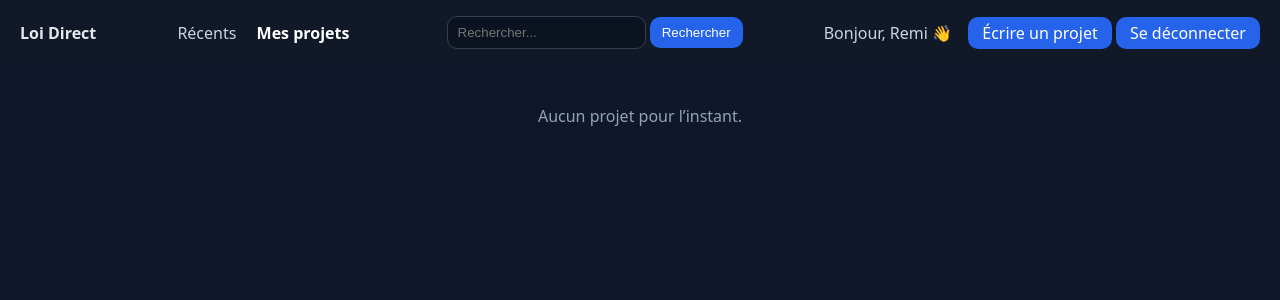
Repository: remi77130/loi-direct
Page: http://localhost/loi/index.php?mine=1
The author's editor kept a copy of each file at every save. The page is drawn from the files as they stood at one save, then again after the next save.
The browser window is 1280 px wide. The pictures show the whole page.
The page is run by PHP 8.4 with error messages shown; the project is at /var/www/html/. The session is filled in as if someone had signed in: {"user_id": 37, "pseudo": "Remi"}. Other server files are loaded and not shown. The database holds what the project's SQL file puts in it.

Above is the page before, as saved 2025-09-16 13:26:34.

### index.php
<?php
// index.php



declare(strict_types=1);
session_start();
require __DIR__ . '/db.php';
require __DIR__ . '/auth.php';
require __DIR__ . '/config.php';


require_login();


$user_id = (int)$_SESSION['user_id'];
$mine   = isset($_GET['mine']) && $_GET['mine'] === '1';
$q      = trim((string)($_GET['q'] ?? ''));   // recherche
$tagSlug = trim((string)($_GET['tag'] ?? ''));   // filtre tag optionnel


$page = max(1, (int)($_GET['page'] ?? 1));
$per  = 10;
$off  = ($page - 1) * $per;



/* --- WHERE --- */
$where = "p.status = 'published'";
$joins = "JOIN users u ON u.id = p.author_id
          LEFT JOIN (SELECT project_id, COUNT(*) AS cnt FROM likes GROUP BY project_id) l ON l.project_id = p.id";

$types = '';
$params = [];

if ($mine) { $where .= " AND p.author_id = ?"; $types.='i'; $params[]=$user_id; }

if (!empty($q)) { // si tu as déjà la recherche
  $where .= " AND (p.title LIKE ? OR p.summary LIKE ? OR p.body_markdown LIKE ?)";
  $like = '%'.$q.'%'; $types.='sss'; array_push($params,$like,$like,$like);
}

if ($tagSlug !== '') {
  $joins .= " JOIN project_tags pt ON pt.project_id = p.id
              JOIN tags t ON t.id = pt.tag_id AND t.slug = ?";
  $types.='s'; $params[]=$tagSlug;
}

$sql = "SELECT p.id, p.title, p.summary, p.published_at, u.pseudo AS author, COALESCE(l.cnt,0) AS likes_count
        FROM law_projects p
        $joins
        WHERE $where
        ORDER BY p.published_at DESC
        LIMIT ? OFFSET ?";

$types.='ii'; array_push($params, $per, $off);

$stmt = $mysqli->prepare($sql) ?: exit('Prepare failed: '.$mysqli->error);
$stmt->bind_param($types, ...$params);
$stmt->execute();
$res = $stmt->get_result();
$projects = $res->fetch_all(MYSQLI_ASSOC);
$stmt->close();


$projectIds = array_column($projects, 'id');
$tagsByProject = [];
if ($projectIds) {
  $in = implode(',', array_map('intval', $projectIds));
  $qr = $mysqli->query("SELECT pt.project_id, t.name, t.slug
                        FROM project_tags pt JOIN tags t ON t.id=pt.tag_id
                        WHERE pt.project_id IN ($in)
                        ORDER BY t.name");
  while ($row = $qr->fetch_assoc()) {
    $pid = (int)$row['project_id'];
    $tagsByProject[$pid][] = $row;
  }
}

/* Pagination identique (mêmes filtres sans LIMIT/OFFSET) */
$countSql = "SELECT COUNT(DISTINCT p.id)
             FROM law_projects p
             $joins
             WHERE $where";
$stmt = $mysqli->prepare($countSql) ?: exit('Prepare failed(count): '.$mysqli->error);
if ($types !== '') {
  // enlève les deux derniers 'i' de LIMIT/OFFSET pour binder que les filtres
  $bindTypes = substr($types, 0, -2);
  $bindParams = array_slice($params, 0, count($params)-2);
  if ($bindTypes !== '') $stmt->bind_param($bindTypes, ...$bindParams);
}
$stmt->execute();
$stmt->bind_result($totalRows);
$stmt->fetch();
$stmt->close();

$totalPages = max(1, (int)ceil($totalRows / $per));

?>
<!doctype html>
<html lang="fr">
<head>
<meta charset="utf-8"><meta name="viewport" content="width=device-width, initial-scale=1">
<title>Loi Direct — Feed</title>
<style>
  :root{font-family:system-ui,Segoe UI,Roboto,Arial,sans-serif}
  body{background:#0f172a;color:#e5e7eb;margin:0}
  header{display:flex;justify-content:space-between;align-items:center;padding:16px 20px;background:#111827;position:sticky;top:0}
  .brand{font-weight:800}
  .nav a{color:#cbd5e1;margin-right:16px;text-decoration:none}
  .nav a.active{color:#fff;font-weight:700}
  .btn{background:#2563eb;color:#fff;border:none;border-radius:10px;padding:5px 14px;text-decoration:none}
  .wrap{max-width:900px;margin:24px auto;padding:0 16px}
  .card{background:#111827;border:1px solid #334155;border-radius:14px;padding:16px;margin-bottom:14px}
  .meta{font-size:12px;color:#94a3b8;margin-top:4px}
  .pager{display:flex;gap:8px;justify-content:center;margin:20px 0}
  .pager a{color:#93c5fd;text-decoration:none}
  .empty{color:#94a3b8;text-align:center;margin:40px 0}
</style>
</head>
<body>
<header>
  <div class="brand">Loi Direct</div>
  <nav class="nav">

    <a href="<?= APP_BASE ?>/index.php" class="<?php echo !$mine?'active':'';?>">Récents</a>
     <a href="<?= APP_BASE ?>/index.php?mine=1" class="<?php echo $mine?'active':'';?>">Mes projets</a>

  </nav>







  <form method="get" action="<?= APP_BASE ?> style="display:flex;gap:8px;align-items:center">
  <?php if ($mine): ?><input type="hidden" name="mine" value="1"><?php endif; ?>

  <input name="q" value="<?php echo htmlspecialchars($q, ENT_QUOTES); ?>" placeholder="Rechercher..."
         style="padding:8px 10px;border-radius:10px;border:1px solid #334155;background:#0b1220;color:#e5e7eb">
  <button class="btn" type="submit" style="padding:8px 12px">Rechercher</button>

  <?php if ($q !== ''): ?>
   <a class="btn" href="<?= APP_BASE ?>/index.php<?php echo $mine?'?mine=1':''; ?>" style="background:#374151">Effacer</a>
    <?php endif; ?>
</form>





  <div>
    <span style="margin-right:12px;color:#cbd5e1">Bonjour, <?php echo htmlspecialchars($_SESSION['pseudo'],ENT_QUOTES); ?> 👋</span>
    <a class="btn" href="<?= APP_BASE ?>/write.php">Écrire un projet</a>
    <a class="btn" ... href="<?= APP_BASE ?>/logout.php">Se déconnecter</a>
  </div>
</header>

<main class="wrap">

<?php if ($tagSlug !== ''): ?>
  <div class="meta" style="margin-bottom:10px">
    Filtré par tag : <strong>#<?= htmlspecialchars($tagSlug,ENT_QUOTES) ?></strong>

    <a href="<?= APP_BASE ?>/index.php" style="color:#93c5fd">Effacer</a>

  </div>
<?php endif; ?>

  <?php if ($q !== ''): ?>
  <div class="meta" style="margin-bottom:10px">Résultats pour « <?php echo htmlspecialchars($q,ENT_QUOTES); ?> »</div>
<?php endif; ?>


<?php if (!empty($_SESSION['flash_success'])): ?>
  <div class="card" style="border-color:#14532d;background:#052e16;color:#bbf7d0;margin-bottom:12px">
    <?php echo htmlspecialchars($_SESSION['flash_success'], ENT_QUOTES); unset($_SESSION['flash_success']); ?>
  </div>
<?php endif; ?>



  <?php if (!$projects): ?>
    <div class="empty">Aucun projet pour l’instant.</div>
  <?php else: ?>
    <?php foreach ($projects as $p): ?>


      <article class="card">




        <h3 style="margin:0 0 6px"><?php echo htmlspecialchars($p['title'],ENT_QUOTES); ?></h3>
        <div class="meta">
          Par <?php echo htmlspecialchars($p['author'],ENT_QUOTES); ?>
          • Publié le <?php echo htmlspecialchars(date('d/m/Y H:i', strtotime($p['published_at']??'')),ENT_QUOTES); ?>
        </div>
        <p ><?php echo htmlspecialchars($p['summary'],ENT_QUOTES); ?></p>

<?php $slug = slugify($p['title']); // ?>
<div style="margin-top:10px">
  <a class="btn" href="<?= APP_BASE ?>/p/<?= (int)$p['id'] ?>-<?= htmlspecialchars($slug, ENT_QUOTES) ?>">Lire</a>
</div>


<?php if (!empty($tagsByProject[(int)$p['id']] ?? [])): ?>
  <div style="margin-top:8px; display:flex; flex-wrap:wrap; gap:6px">
    <?php foreach ($tagsByProject[(int)$p['id']] as $tg): ?>
      <a href="<?= tag_url($tg['slug']) ?>"
         style="font-size:12px; padding:4px 8px; border:1px solid #334155; border-radius:999px; color:#cbd5e1; text-decoration:none; background:#0b1220">
         #<?= htmlspecialchars($tg['name'], ENT_QUOTES) ?>
      </a>
    <?php endforeach; ?>
  </div>
<?php endif; ?>


<span style="margin-left:8px;font-size:12px;color:#94a3b8">
  ❤ <?php echo (int)$p['likes_count']; ?>
</span>
      </article>





    <?php endforeach; ?>

    <?php if ($totalPages > 1): ?>
      <div class="pager">
        <?php if ($page>1): ?>
          <a href="?<?php echo http_build_query(['mine'=>$mine?1:null,'page'=>$page-1]); ?>">&laquo; Précédent</a>
        <?php endif; ?>
        <span style="color:#94a3b8">Page <?php echo $page; ?> / <?php echo $totalPages; ?></span>
        <?php if ($page<$totalPages): ?>
          <a href="?<?php echo http_build_query(['mine'=>$mine?1:null,'page'=>$page+1]); ?>">Suivant &raquo;</a>
        <?php endif; ?>
      </div>
    <?php endif; ?>
  <?php endif; ?>
</main>
</body>
</html>

### db.php
<?php
// db.php Ignore db.php (dans .gitignore) s’il contient identifiants.
declare(strict_types=1);

const DB_HOST = '127.0.0.1';
const DB_NAME = 'loi_direct';
const DB_USER = 'root';
const DB_PASS = ''; // XAMPP par défaut

$mysqli = new mysqli(DB_HOST, DB_USER, DB_PASS, DB_NAME);
if ($mysqli->connect_errno) {
    http_response_code(500);
    exit('Erreur BDD: '.$mysqli->connect_error);
}
$mysqli->set_charset('utf8mb4');

### auth.php
<?php
// auth.php
declare(strict_types=1);

function is_logged_in(): bool {
    return isset($_SESSION['user_id'], $_SESSION['pseudo']);
}

function require_login(): void {
    if (!is_logged_in()) {
        header('Location: login.php?next=' . urlencode($_SERVER['REQUEST_URI'] ?? '/'));
        exit;
    }
}

### config.php
<?php
declare(strict_types=1);
define('APP_BASE', rtrim(dirname($_SERVER['PHP_SELF']), '/\\')); // ex: /loi
define('PROJECT_PAGE', 'project.php'); // unique
/** Slugify : "Éxemple de Titre !" -> "exemple-de-titre" */
function slugify(string $text): string {
    $text = trim($text);

    if (function_exists('transliterator_transliterate')) {
        $text = transliterator_transliterate('Any-Latin; Latin-ASCII', $text);
    } else {
        $tmp = @iconv('UTF-8', 'ASCII//TRANSLIT//IGNORE', $text);
        if ($tmp !== false) $text = $tmp;
    }

    $text = preg_replace('~[^\pL\d]+~u', '-', $text);
    $text = trim($text, '-');
    $text = preg_replace('~[^-\w]+~', '', $text);
    $text = preg_replace('~-+~', '-', $text);
    return strtolower($text ?: 'projet');
}

function tag_slug(string $name): string { return slugify($name); }
function tag_url(string $slug): string { return APP_BASE . '/tag/' . rawurlencode($slug); }
function project_url(int $id, string $title): string {
    return APP_BASE . '/p/' . $id . '-' . rawurlencode(slugify($title));
}

### bdd/loi_direct.sql (the tables this page reads)
CREATE TABLE `law_projects` (
  `id` int(10) UNSIGNED NOT NULL,
  `author_id` int(10) UNSIGNED NOT NULL,
  `title` varchar(180) NOT NULL,
  `summary` varchar(280) NOT NULL,
  `body_markdown` mediumtext NOT NULL,
  `status` enum('draft','published','removed') NOT NULL DEFAULT 'published',
  `published_at` datetime DEFAULT current_timestamp(),
  `created_at` datetime NOT NULL DEFAULT current_timestamp(),
  `updated_at` datetime NOT NULL DEFAULT current_timestamp() ON UPDATE current_timestamp()
) ENGINE=InnoDB DEFAULT CHARSET=utf8mb4 COLLATE=utf8mb4_unicode_ci;

INSERT INTO `law_projects` (`id`, `author_id`, `title`, `summary`, `body_markdown`, `status`, `published_at`, `created_at`, `updated_at`) VALUES
(22, 24, '🎯 Bienvenue dans la Boîte à idées & Signalements', '💬 Ton avis compte !', '🧠 Espace feedback technique\r\nCe salon sert à centraliser les retours utilisateurs :\r\n\r\nSignalement de bugs (avec capture si possible)\r\n\r\nIdées d’amélioration\r\n\r\nSuggestions d’ergonomie ou de design\r\n\r\nLes messages utiles seront tagués À corriger ou À étudier.', 'published', '2025-11-07 18:14:02', '2025-11-07 18:14:02', '2025-11-07 18:14:02'),
(23, 24, 'qqqqqqqqqqqq', 'qqqqqqqqqqqqqqqqq', 'qqqqqqqq', 'published', '2025-11-09 16:36:39', '2025-11-09 16:36:39', '2025-11-09 16:36:39'),
(24, 33, 'sssssssss', 'sssssssssssss', 'ssssssss', 'published', '2025-11-10 10:09:14', '2025-11-10 10:09:14', '2025-11-10 10:09:14'),
(25, 36, 'sssssssssssssssssasx', 'ssssssssssssss', 'sssssssssssssssa', 'published', '2025-11-10 15:03:57', '2025-11-10 15:03:57', '2025-11-10 15:03:57'),
(26, 37, 'dddddddddddddddd', 'ddddddddddddddd', 'ddddddddd', 'published', '2025-11-10 15:21:13', '2025-11-10 15:21:13', '2025-11-10 15:21:13'),
(27, 24, '💬 Ton avis compte !', 'Tu as repéré un bug ? Une idée pour rendre le site plus cool ?\r\nPoste-la ici !', '➕ Améliorations\r\n⚙️ Bugs / dysfonctionnements\r\n💡 Nouvelles fonctionnalités\r\n\r\nChaque retour est lu et pris en compte.', 'published', '2025-11-11 11:55:18', '2025-11-11 11:55:18', '2025-11-11 11:55:18'),
(28, 25, 'mmmmmmmmmmmmmm', 'mmmmmmmmmmmmmm', 'mmmmmmmmmmmmm', 'published', '2025-11-22 17:07:18', '2025-11-22 17:07:18', '2025-11-22 17:07:18'),
(30, 56, 'cccccc', 'ccccccccccccccccc', 'cccccccccc', 'published', '2026-03-03 12:04:28', '2026-03-03 12:04:28', '2026-03-03 12:04:28'),
(31, 56, 'g,,,,,,,,,', ',,,,,,,,,,,,,,,', 'g,,,,,,,,,,,,,,,', 'published', '2026-03-03 14:08:46', '2026-03-03 14:08:46', '2026-03-03 14:08:46'),
(32, 56, 'g,,,,,,,,,', ',,,,,,,,,,,,,,,', 'g,,,,,,,,,,,,,,,', 'published', '2026-03-03 15:11:47', '2026-03-03 15:11:47', '2026-03-03 15:11:47'),
(33, 56, 'XSSSSSSS', 'SXSQ', 'SSSSSSSSS', 'published', '2026-03-03 15:12:59', '2026-03-03 15:12:59', '2026-03-03 15:12:59'),
(34, 56, 'SSSSSSS', 'SSSSSSSS', 'SSSSSSSS', 'published', '2026-03-03 15:13:23', '2026-03-03 15:13:23', '2026-03-03 15:13:23');

ALTER TABLE `law_projects`
  ADD PRIMARY KEY (`id`),
  ADD KEY `idx_published` (`status`,`published_at`),
  ADD KEY `idx_author` (`author_id`),
  ADD KEY `idx_lp_status_pub` (`status`,`published_at`),
  ADD KEY `idx_lp_author_status_pub` (`author_id`,`status`,`published_at`);

ALTER TABLE `law_projects`
  MODIFY `id` int(10) UNSIGNED NOT NULL AUTO_INCREMENT, AUTO_INCREMENT=39;

CREATE TABLE `likes` (
  `id` int(10) UNSIGNED NOT NULL,
  `user_id` int(10) UNSIGNED NOT NULL,
  `project_id` int(10) UNSIGNED NOT NULL,
  `created_at` datetime NOT NULL DEFAULT current_timestamp()
) ENGINE=InnoDB DEFAULT CHARSET=utf8mb4 COLLATE=utf8mb4_unicode_ci;

INSERT INTO `likes` (`id`, `user_id`, `project_id`, `created_at`) VALUES
(0, 24, 22, '2025-11-07 18:14:07');

ALTER TABLE `likes`
  ADD PRIMARY KEY (`id`),
  ADD UNIQUE KEY `uniq_user_project` (`user_id`,`project_id`),
  ADD UNIQUE KEY `uq_likes_project_user` (`project_id`,`user_id`),
  ADD KEY `idx_project` (`project_id`),
  ADD KEY `idx_likes_project` (`project_id`);

CREATE TABLE `users` (
  `id` int(10) UNSIGNED NOT NULL,
  `pseudo` varchar(30) NOT NULL,
  `avatar_url` varchar(255) DEFAULT NULL,
  `birthdate` date DEFAULT NULL,
  `bio` text DEFAULT NULL,
  `sex` enum('homme','femme') DEFAULT NULL,
  `height_cm` smallint(5) UNSIGNED DEFAULT NULL,
  `created_at` datetime NOT NULL DEFAULT current_timestamp(),
  `password_hash` varchar(255) DEFAULT NULL,
  `postal_code` varchar(10) DEFAULT NULL,
  `city` varchar(255) DEFAULT NULL,
  `relationship_status` varchar(12) DEFAULT NULL
) ENGINE=InnoDB DEFAULT CHARSET=utf8mb4 COLLATE=utf8mb4_unicode_ci;

INSERT INTO `users` (`id`, `pseudo`, `avatar_url`, `birthdate`, `bio`, `sex`, `height_cm`, `created_at`, `password_hash`, `postal_code`, `city`, `relationship_status`) VALUES
(66, 'Rémi85', NULL, NULL, NULL, NULL, NULL, '2026-03-13 12:27:21', '$2y$10$L7oKBdictU9EEsjP2YEUEugWMsSTwkYluOTltNfMn.DsUwqhY/QOO', NULL, NULL, NULL),
(67, 'tonton', NULL, NULL, NULL, NULL, NULL, '2026-03-13 14:58:56', '$2y$10$OHO8MCqaeWaOq0A7dfhl0OsFPyz.nzDTa/cseuTya/WwTWOEp1j26', NULL, NULL, NULL);

ALTER TABLE `users`
  ADD PRIMARY KEY (`id`),
  ADD UNIQUE KEY `uniq_pseudo` (`pseudo`),
  ADD KEY `idx_users_sex` (`sex`),
  ADD KEY `idx_users_height` (`height_cm`),
  ADD KEY `idx_user_postal` (`postal_code`),
  ADD KEY `idx_user_city` (`city`);

ALTER TABLE `users`
  MODIFY `id` int(10) UNSIGNED NOT NULL AUTO_INCREMENT, AUTO_INCREMENT=68;

After the next save:
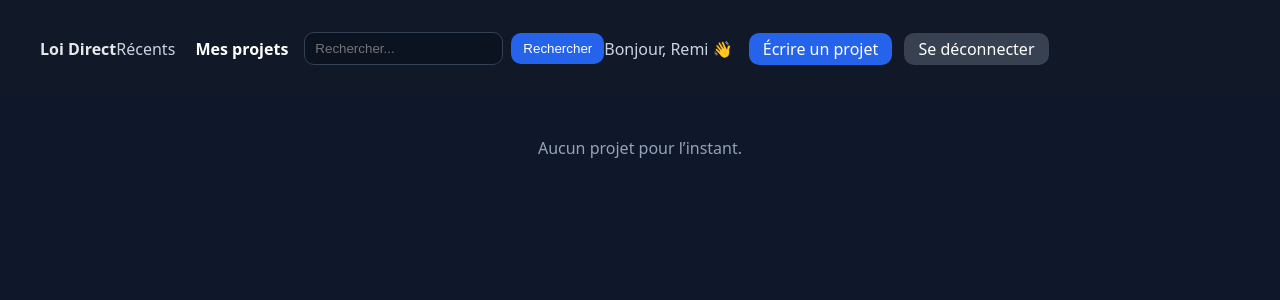
Saved 5 min 38 s later.
--- a/index.php
+++ b/index.php
@@ -120,41 +120,34 @@ $totalPages = max(1, (int)ceil($totalRows / $per));
 </head>
 <body>
 <header>
+  <header>
   <div class="brand">Loi Direct</div>
+
   <nav class="nav">
-
-    <a href="<?= APP_BASE ?>/index.php" class="<?php echo !$mine?'active':'';?>">Récents</a>
-     <a href="<?= APP_BASE ?>/index.php?mine=1" class="<?php echo $mine?'active':'';?>">Mes projets</a>
-
+    <a href="<?= APP_BASE ?>/index.php" class="<?= !$mine ? 'active' : '' ?>">Récents</a>
+    <a href="<?= APP_BASE ?>/index.php?mine=1" class="<?= $mine ? 'active' : '' ?>">Mes projets</a>
   </nav>
 
-
-
-
-
-
-
-  <form method="get" action="<?= APP_BASE ?> style="display:flex;gap:8px;align-items:center">
-  <?php if ($mine): ?><input type="hidden" name="mine" value="1"><?php endif; ?>
-
-  <input name="q" value="<?php echo htmlspecialchars($q, ENT_QUOTES); ?>" placeholder="Rechercher..."
-         style="padding:8px 10px;border-radius:10px;border:1px solid #334155;background:#0b1220;color:#e5e7eb">
-  <button class="btn" type="submit" style="padding:8px 12px">Rechercher</button>
-
-  <?php if ($q !== ''): ?>
-   <a class="btn" href="<?= APP_BASE ?>/index.php<?php echo $mine?'?mine=1':''; ?>" style="background:#374151">Effacer</a>
+  <form method="get" action="<?= APP_BASE ?>/index.php" style="display:flex;gap:8px;align-items:center">
+    <?php if ($mine): ?><input type="hidden" name="mine" value="1"><?php endif; ?>
+    <?php if ($tagSlug !== ''): ?><input type="hidden" name="tag" value="<?= htmlspecialchars($tagSlug, ENT_QUOTES) ?>"><?php endif; ?>
+
+    <input name="q" value="<?= htmlspecialchars($q, ENT_QUOTES) ?>" placeholder="Rechercher..."
+           style="padding:8px 10px;border-radius:10px;border:1px solid #334155;background:#0b1220;color:#e5e7eb">
+    <button class="btn" type="submit" style="padding:8px 12px">Rechercher</button>
+
+    <?php if ($q !== ''): ?>
+      <a class="btn" href="<?= APP_BASE ?>/index.php<?= $mine ? '?mine=1' : '' ?>" style="background:#374151">Effacer</a>
     <?php endif; ?>
-</form>
-
-
-
-
+  </form>
 
   <div>
-    <span style="margin-right:12px;color:#cbd5e1">Bonjour, <?php echo htmlspecialchars($_SESSION['pseudo'],ENT_QUOTES); ?> 👋</span>
+    <span style="margin-right:12px;color:#cbd5e1">Bonjour, <?= htmlspecialchars($_SESSION['pseudo'], ENT_QUOTES) ?> 👋</span>
     <a class="btn" href="<?= APP_BASE ?>/write.php">Écrire un projet</a>
-    <a class="btn" ... href="<?= APP_BASE ?>/logout.php">Se déconnecter</a>
-  </div>
+    <a class="btn" style="margin-left:8px;background:#374151" href="<?= APP_BASE ?>/logout.php">Se déconnecter</a>
+  </div>
+</header>
+
 </header>
 
 <main class="wrap">
